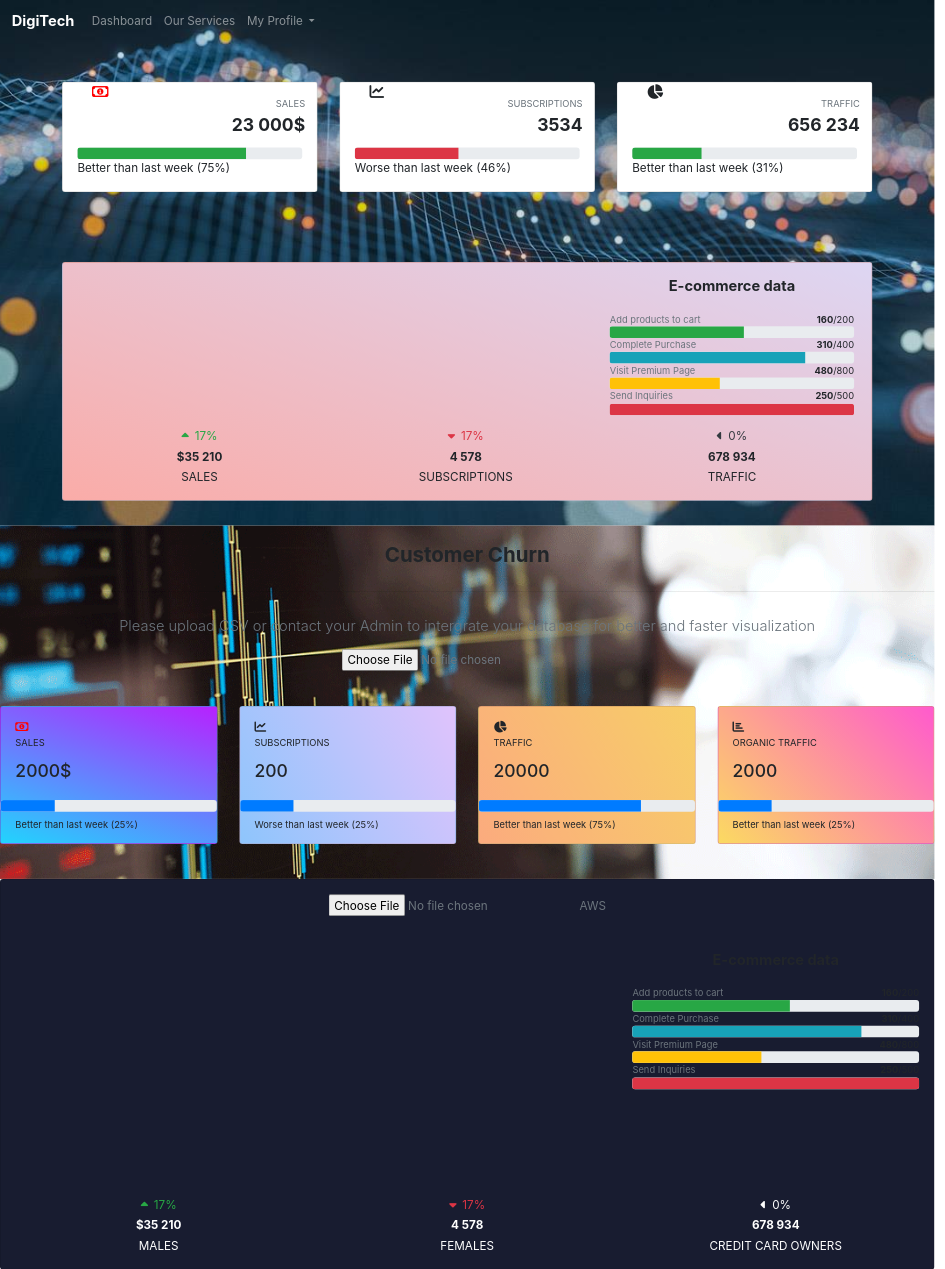
Repository: Tookliin/DigiTech
Page: /data
An editor plug-in stored every save of this project. The page is shown before and after the next save, followed by the edit.
The browser window is 1280 px wide. The page is 1295 px wide, so the pictures cover 1295 px, including what lies to the right of the window. The pictures show the whole page, at 73% of full size.
The project was rebuilt for these pictures with package versions that can differ from the ones it lists, and the page was loaded fresh each time. Also part of the build but not shown: src/components/Dashboard.vue, src/components/Profile.vue, src/components/Error.vue, src/components/Register.vue.

Above is the page before, as saved 2020-07-22 08:36:07.

After the next save:
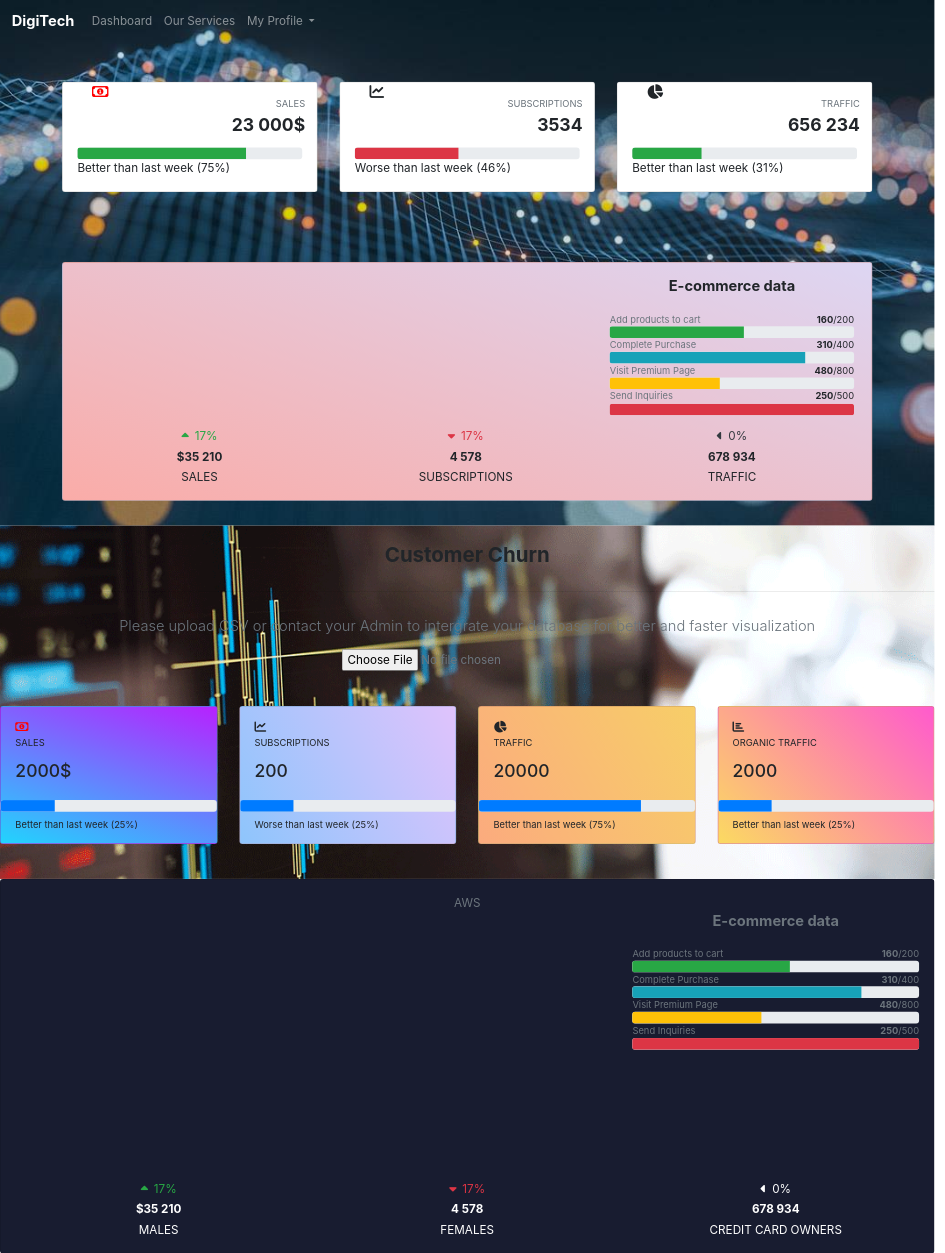
Saved 41 s later.
--- a/src/components/Organization.vue
+++ b/src/components/Organization.vue
@@ -222,11 +222,9 @@
       <div class="card-body">
 
             <div class="text-center text-muted mb-5">
-        <input type="file" name="form" id="form">
+
                 <a class="primary-color">AWS</a>
-                </div>
-
-               <div class="row text-center  mb-3">
+                     <div class="row text-center  mb-3">
             <div class="col-md-8 mb-4">
               <canvas id="barChart" height="100"></canvas>
             </div>
@@ -266,6 +264,9 @@
               </div>
             </div>
           </div>
+                </div>
+
+
 
         <canvas id="lineChart" class="mb-4" height="100"></canvas>
 
